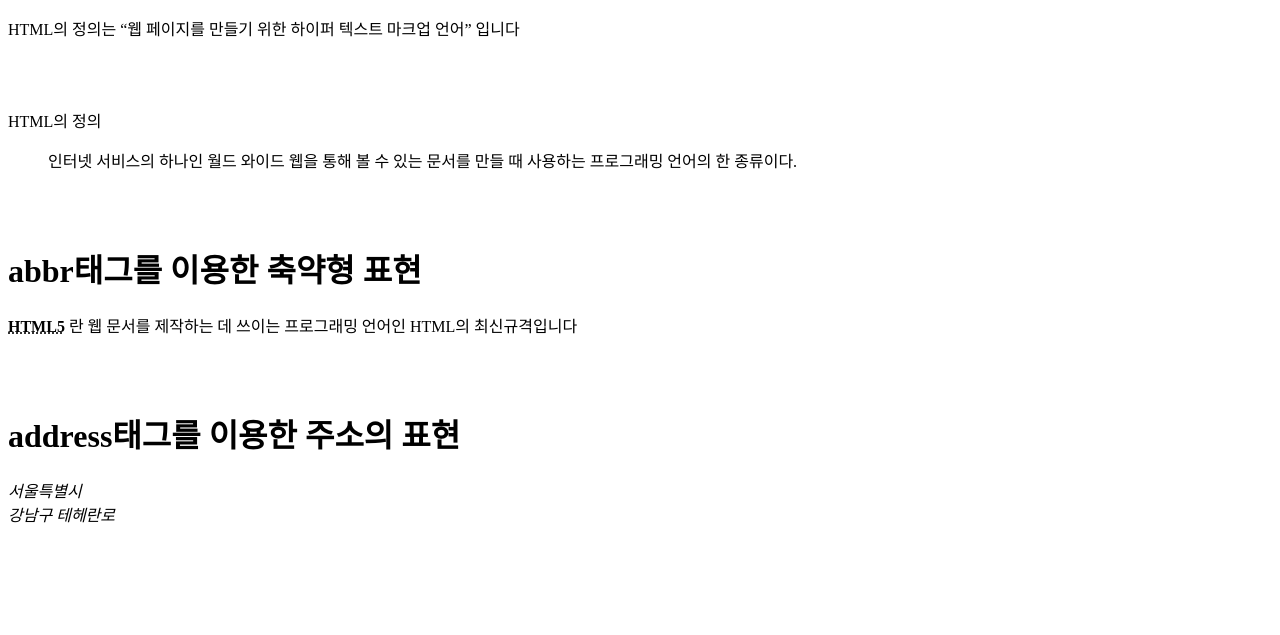
Repository: JaeHyun-Ban/study_html
Page: TCP_HTML/WebContent/ex02_08.html
These files come from the project's save history. The page is drawn as it stood at one moment and after the next save; the edit follows.
The browser window is 1280 px wide. The pictures show the whole page.

Above is the page before, as saved 2020-08-27 05:38:37.

After the next save:
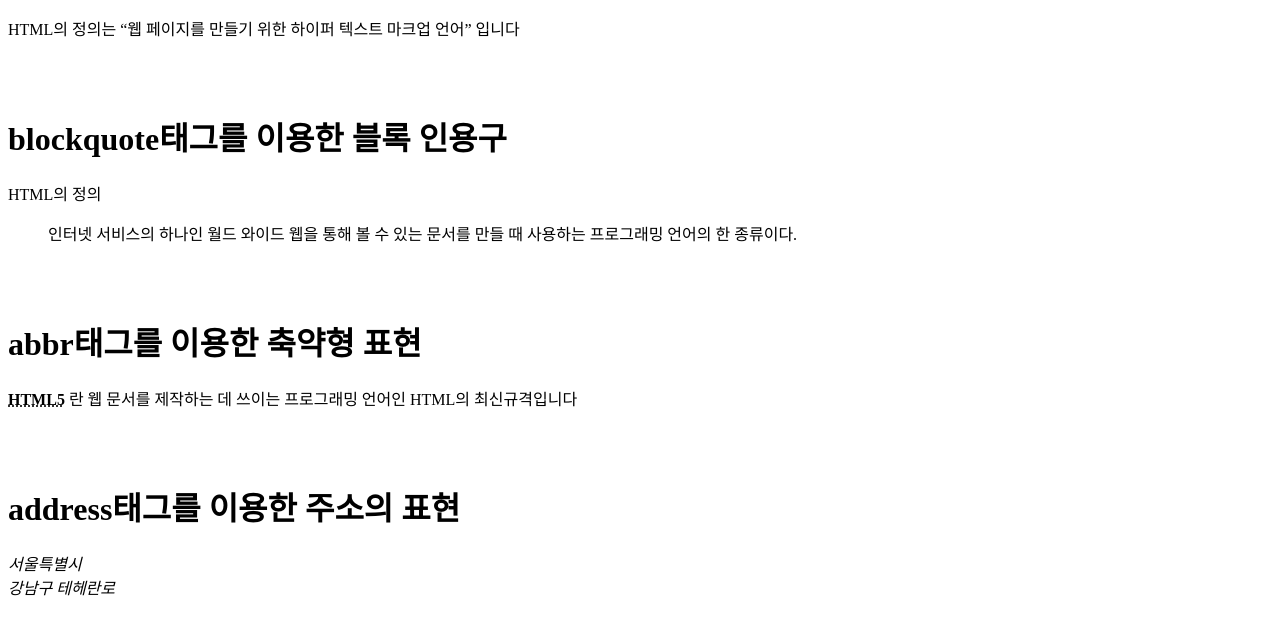
Saved 11 s later.
--- a/TCP_HTML/WebContent/ex02_08.html
+++ b/TCP_HTML/WebContent/ex02_08.html
@@ -11,6 +11,7 @@
 
 	<br><br>
 
+	<h1>blockquote태그를 이용한 블록 인용구</h1>
 	<p>HTML의 정의</p>
 	<blockquote>
 		인터넷 서비스의 하나인 월드 와이드 웹을 통해 볼 수 있는
